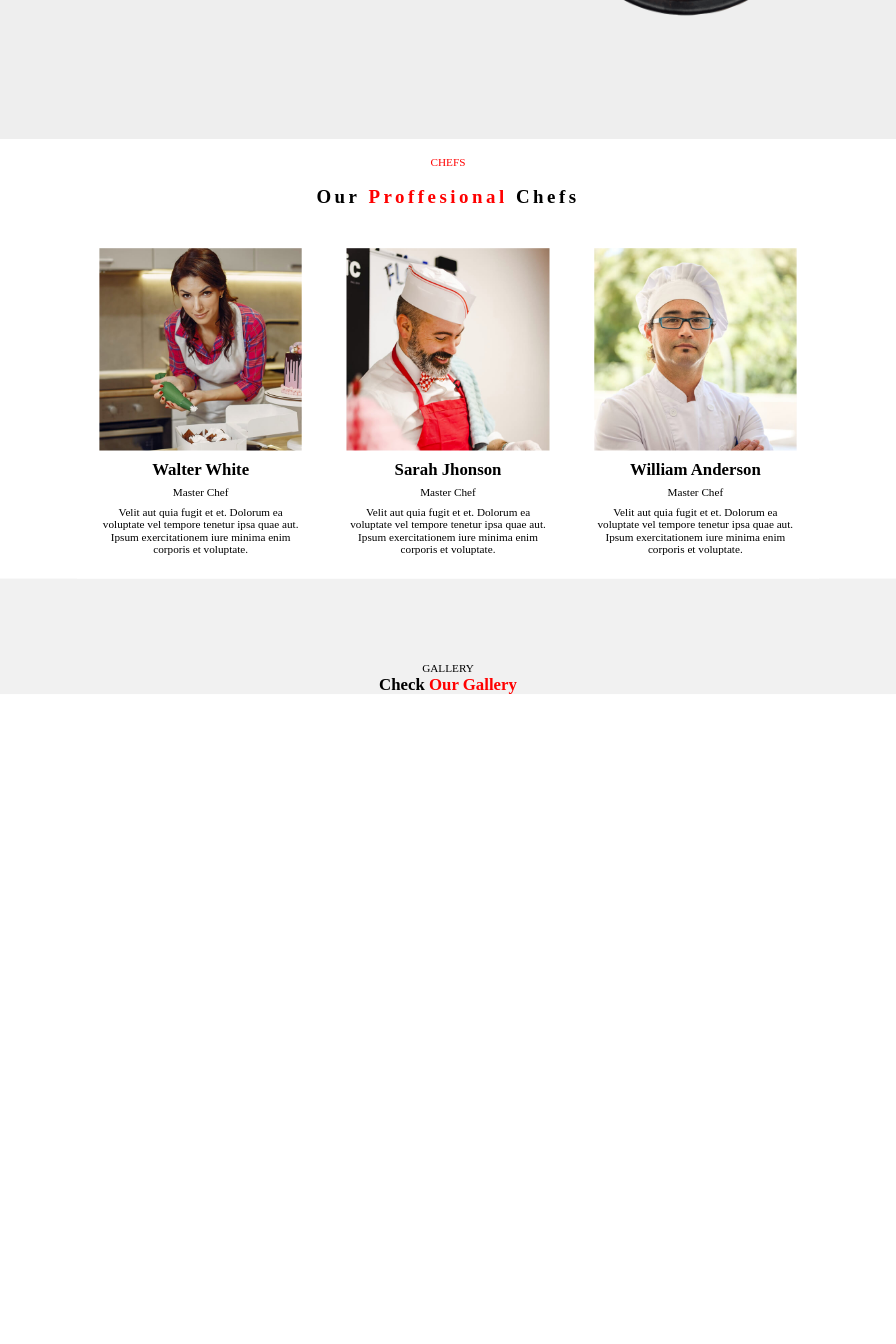
Repository: Ahmedalid/New-project
Page: Rout/index.html
An editor plug-in stored every save of this project. The page is shown before and after the next save, followed by the edit.
The browser window is 1280 px wide. The pictures show the part of the page from y = 601 to 2521 px (the page is 5000 px tall), at 70% of full size.

Above is the page before, as saved 2023-06-08 11:33:07.

### Rout/index.html
<!DOCTYPE html>
<html lang="en">

<head>
    <meta charset="UTF-8">
    <meta http-equiv="X-UA-Compatible" content="IE=edge">
    <meta name="viewport" content="width=device-width, initial-scale=1.0">
    <link rel="stylesheet" href="https://cdnjs.cloudflare.com/ajax/libs/font-awesome/6.4.0/css/all.min.css">
    <link rel="stylesheet" href="css/style.css">
    <title>Document</title>
</head>

<body>
    <!-- Start NavBar -->
    <nav>
        <div class="div-nav">
            <div class="nav-logo">
                <h1>Mealify</h1>
            </div>
            <div class="nav-item">
                <ul>
                    <li><a href="default.asp" class="home-actiev">Home</a></li>
                    <li><a href="" class="text-color">Chefs</a></li>
                    <li><a href="" class="text-color">Gallery</a></li>
                    <li><a href="" class="text-color">Contact</a></li>
                </ul>
            </div>
            <div class="nav-icon">
                <span><i class="fa-solid fa-moon"></i></span>
            </div>
        </div>
    </nav>
    <!-- End NavBar -->

    <!-- Start Header -->
    <header>
        <div class="div-header">
            <div class="content-header container">
                <h2 class="mt li">Enjoy Your Healthy</h2>
                <h2 class="mt li">Delicious Food</h2>
                <p class="mt text-color">Sed autem laudantium dolores. Voluptatem itaque ea consequatur eveniet.
                    Eum quas beatae cumque eum quaerat.</p>
                <div class="d-flex">
                    <button class="btn-Boolatable">Bool a Table</button>
                    <div class="d-flex mt  ">
                        <a href="" class="icone-headphones"> <span class="headphones d-center"> <i
                                    class="fa-solid fa-headphones "></i></span> </a>
                        <span class="Video">Watch a Video</span>
                    </div>
                </div>
            </div>
            <div class="content-header container">
                <div class="img-header ">
                    <img src="img/hero-img.png" alt="">
                </div>
            </div>
        </div>
    </header>
    <!-- End Header -->
    <section class="container">
        <p class="text-center text-color mt">CHEFS</p>
        <h5 class="li text-center our-section mt">
            Our
            <span class="text-color">Proffesional</span>
            Chefs
        </h5>
        <!-- Card And Img -->
        <div class="d-bettwen">
            <div class="mt card-img">
                <div class="">
                    <img src="img/chefs-2.jpg" alt="">
                    <h2 class="text-center mt-1">Walter White </h5>
                        <p class="text-center mt-1">Master Chef</p>
                        <p class="text-center mt-1">
                            Velit aut quia fugit et et. Dolorum ea voluptate vel
                            tempore tenetur ipsa quae aut. Ipsum
                            exercitationem iure minima enim corporis et voluptate.
                        </p>

                </div>

            </div>
            <div class="mt card-img">
                <div class="">
                    <img src="img/chefs-1.jpg" alt="">
                    <h2 class="text-center mt-1">Sarah Jhonson </h5>
                        <p class="text-center mt-1">Master Chef</p>
                        <p class="text-center mt-1">
                            Velit aut quia fugit et et. Dolorum ea voluptate vel
                            tempore tenetur ipsa quae aut. Ipsum
                            exercitationem iure minima enim corporis et voluptate.
                        </p>

                </div>

            </div>
            <div class="mt card-img">
                <div class="">
                    <img src="img/chefs-3.jpg" alt="">
                    <h2 class="text-center mt-1">William Anderson</h5>
                        <p class="text-center mt-1">Master Chef</p>
                        <p class="text-center mt-1">
                            Velit aut quia fugit et et. Dolorum ea voluptate vel
                            tempore tenetur ipsa quae aut. Ipsum
                            exercitationem iure minima enim corporis et voluptate.
                        </p>

                </div>

            </div>
        </div>
    </section>
    <section>
        <div class="GALLERY">
          <div class="text-center">
            <p class="mt-5 Check">GALLERY</p>
            <h2 class="mt-5">Check  <span class="text-color">Our Gallery</span> </h2>
          </div>
        </div>
    </section>
</body>

</html>

### Rout/css/style.css
*{
    margin: 0;
    padding: 0;
    box-sizing: border-box;
}
body{
    height: 5000px;
}
nav{
    box-shadow: 0px 16px 43px 0px rgba(0,0,0,0.1),0px 10px 15px -3px rgba(0,0,0,0.1),0px 10px 15px -3px rgba(0,0,0,0.1);
       height: 80px;
       position: sticky;
       top: 0;
       left: 0;
       overflow: auto;
       background-color: white;
}
.div-nav{
     margin: auto 110px;
    display: flex;
   margin-top: 30px;
    justify-content: space-between;
}
.container{
    margin: auto 110px;
}
.nav-item ul li{
    list-style: none;

    width: 100%;

}
.nav-item ul li a{
     text-decoration: none;
     color: black;
     padding: 20px;
     outline: none;
     transition: 0.5;
     font-weight: 400;
}
.nav-item ul li a:hover{
    border-bottom: 2px solid red;
}
.nav-item ul {
          display: flex;
    justify-content: space-between;

}
.nav-logo h1{
    font-weight: bold;
    font-size: 30px;
}
.home-actiev{
    border-bottom: 2px solid red;
    font-weight: bold;
}
.nav-icon span i{
    font-size: 30px;
}
/* End NavBar */
/* Start Header */
/* Start Header */
.div-header{
    display: flex;
}
header{
    background-color: #eeeeee;
    overflow: auto;
    height: 100vh;
}
.content-header{
  margin-top: 160px;
}
img{
    width: 100%;
}
.mt{
    margin-top: 25px;
}
.li{
    letter-spacing: 5px;
}
.text-color{
    color: #7f7f90;
}
.d-flex{
    display: flex;
}
.btn-Boolatable{
    border: none;
    outline: none;
    background-color: red;
    color: white;
    padding: 10px;
    border-radius: 10px;
    margin-top: 30px;
}
.headphones{
    background-color: white;
    border-radius: 50%;
    width: 50px;
    height: 50px;
    border: 5px solid red;
    margin-left: 50px;
    cursor: pointer;
}
.d-center{
    display: flex;
    justify-content: center;
    align-items: center;
}
.Video{
    margin-top: 20px;
    margin-left: 20px;
    font-weight: bold;
    cursor: pointer;
    transition: 0.5s;
}
.Video:hover{
    color: red;
}
.icone-headphones{
    color: black;
    list-style: none;
}

.text-center{
    text-align: center;
    /* margin-top: 50px; */
}
.text-color{
    color: red;
}
.our-section{
    font-size: 27px;
}
.d-bettwen{
    /* width: 33%;
    display: inline-block; */
    display: flex;
    justify-content: space-between;
    transition: 0.5s;
}
.mt-1{
    margin-top: 10px;
}
.card-img h4{
    font-weight:bold;
}
.card-img:hover{
    transform: scale(1.1 , 1.1);
    cursor: pointer;
    transition: 0.5s;
}
.card-img{
    border: 2pc solid white;
}
.GALLERY{
    background-color: #f1f1f1;
    overflow: auto;
}
.Check{
    margin-top: 120px;
}

After the next save:
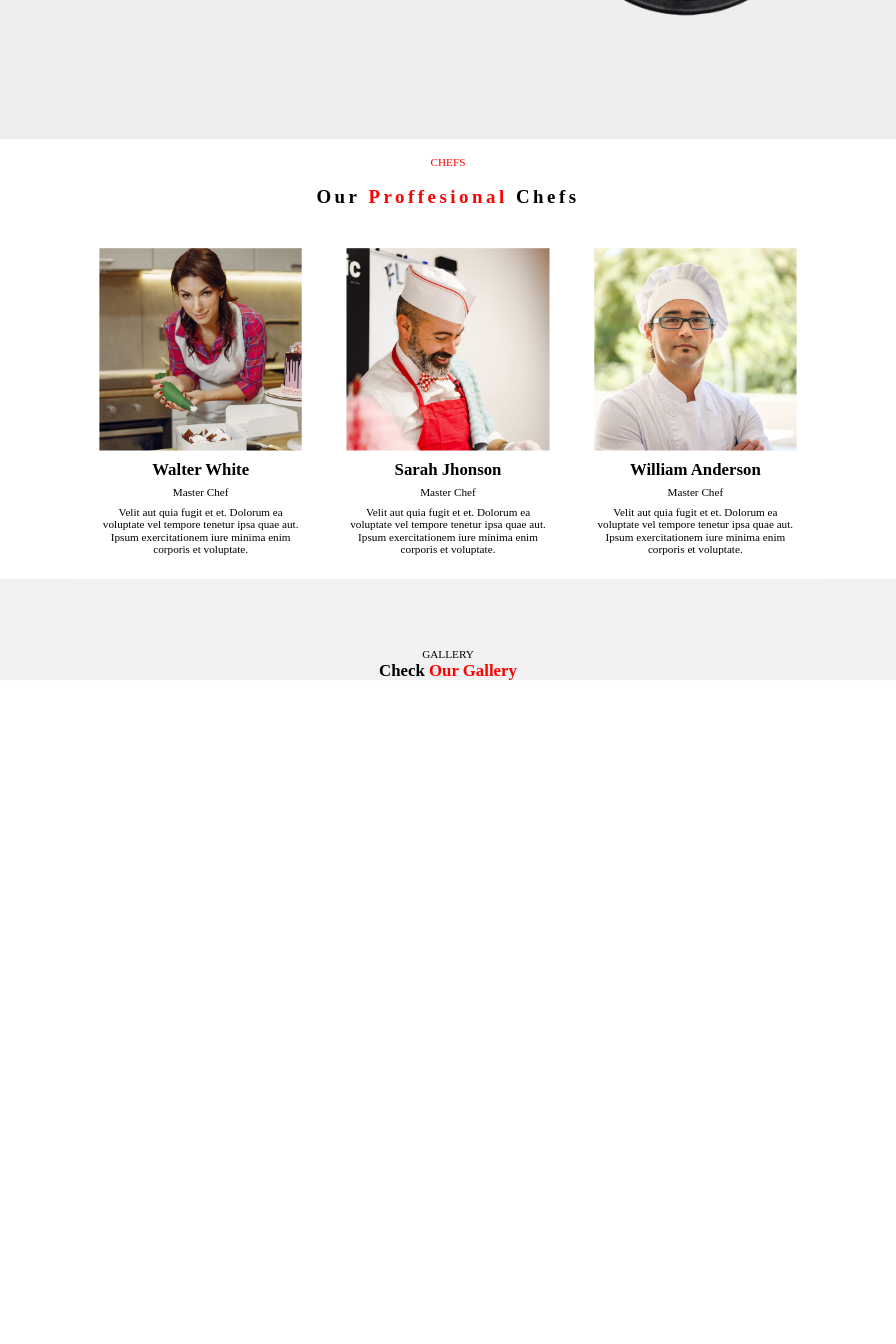
Saved 11 s later.
--- a/Rout/css/style.css
+++ b/Rout/css/style.css
@@ -160,5 +160,5 @@ img{
     overflow: auto;
 }
 .Check{
-    margin-top: 120px;
+    margin-top: 100px;
 }
